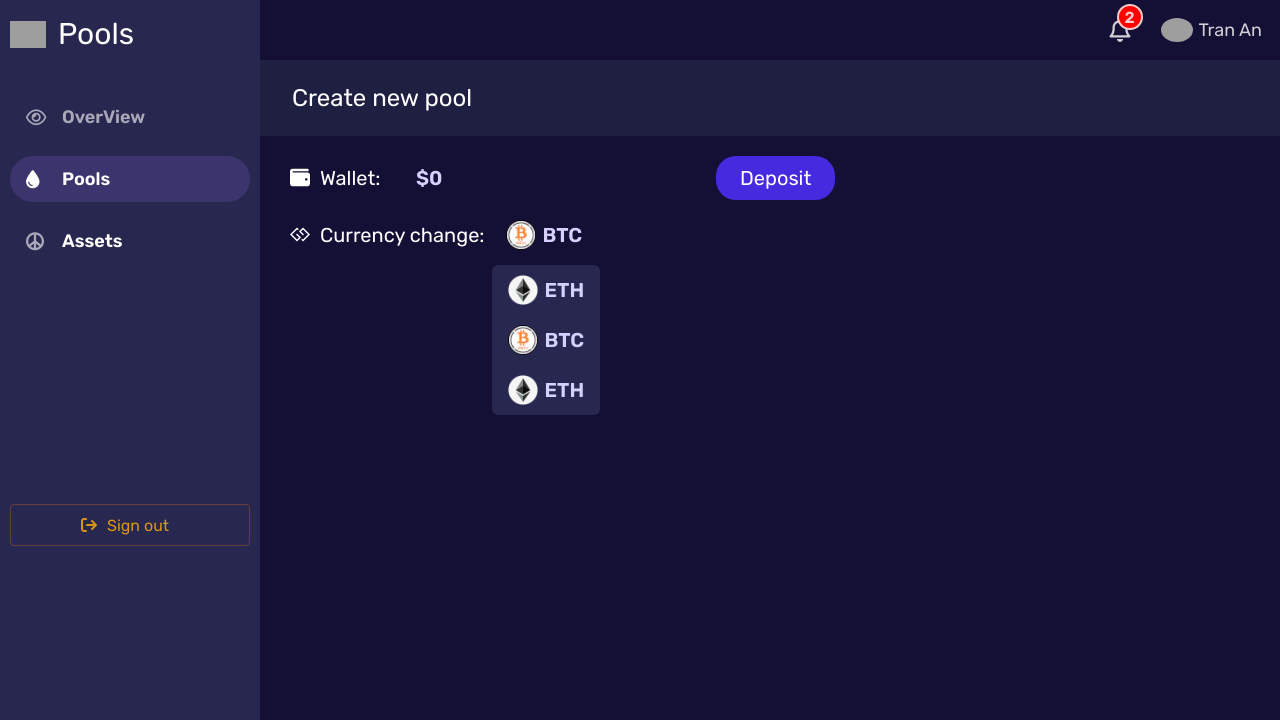
Repository: quynh232000/pools
Page: pool/create-pool.html
The author's editor kept a copy of each file at every save. The page is drawn from the files as they stood at one save, then again after the next save.
The browser window is 1280 px wide. The pictures show the whole page.
Pictures or frames that could not be fetched are drawn as grey boxes.

Above is the page before, as saved 2023-07-14 00:42:00.

### pool/create-pool.html
<!DOCTYPE html>
<html lang="en">
  <head>
    <meta charset="UTF-8" />
    <meta name="viewport" content="width=device-width, initial-scale=1.0" />
    <title>Create Pool</title>

    <link rel="stylesheet" href="../src/css/base.css" />
    <link rel="stylesheet" href="../src/css/style.css" />
    <link rel="stylesheet" href="../src/css/pool.css" />
    <link rel="stylesheet" href="../src/css/create-pool.css" />
    <link
      rel="stylesheet"
      href="https://cdnjs.cloudflare.com/ajax/libs/font-awesome/6.4.0/css/all.min.css"
      integrity="sha512-iecdLmaskl7CVkqkXNQ/ZH/XLlvWZOJyj7Yy7tcenmpD1ypASozpmT/E0iPtmFIB46ZmdtAc9eNBvH0H/ZpiBw=="
      crossorigin="anonymous"
      referrerpolicy="no-referrer"
    />
  </head>
  <body>
    <div class="container">
      <div class="sidebar">
        <div class="sidebar-logo">
          <img src="https://sef-eco.vercel.app/assets/images/logo.png" alt="" />
          <span>Pools</span>
        </div>
        <div class="sidebar-items">
          <div class="sidebar-list">
            <div class="sidebar-item">
              <i class="fa-regular fa-eye"></i>
              <div class="sidebar-item-name">OverView</div>
            </div>
            <div class="sidebar-item sidebar-item-active">
              <i class="fa-solid fa-droplet"></i>
              <a href="/pool.html" class="sidebar-item-name">Pools</a>
            </div>
            <div class="sidebar-item">
              <i class="fa-solid fa-peace"></i>
              <a href="/index.html" class="sidebar-item-name">Assets</a>
            </div>
          </div>

          <div class="sidebar-sign-out">
            <i class="fa-solid fa-arrow-right-from-bracket"></i>
            <div class="sidebar-item-name">Sign out</div>
          </div>
        </div>
      </div>
      <div class="content">
        <div class="header">
          <div class="header-noti">
            <i class="fa-regular fa-bell"></i>
            <div class="header-noti-count">2</div>
          </div>
          <div class="header-user">
            <img
              src="https://static.vecteezy.com/system/resources/previews/002/002/257/original/beautiful-woman-avatar-character-icon-free-vector.jpg"
              alt=""
            />
            <div class="header-user-name">Tran An</div>
          </div>
        </div>
        <!-- body -->
        <div class="content-title">Create new pool</div>
        <div class="create-body">
          <div class="create-item">
            <i class="fa-solid fa-wallet"></i>
            <div class="create-item-title">Wallet:</div>
            <span>$0</span>
            <div class="create-btn">Deposit</div>
          </div>
          <div class="create-item">
            <i class="fa-brands fa-gg"></i>
            <div class="create-item-title">Currency change:</div>
            <div class="create-select-type-money">
              <div class="type-money-item">
                <img src="../src/img/btc.png" alt="" />
                <div class="type-money-name">BTC</div>
              </div>
              <div class="type-money-more">
                <div class="type-money-item">
                  <img src="../src/img/eth.png" alt="" />
                  <div class="type-money-name">ETH</div>
                </div>
                <div class="type-money-item">
                  <img src="../src/img/btc.png" alt="" />
                  <div class="type-money-name">BTC</div>
                </div>
                <div class="type-money-item">
                  <img src="../src/img/eth.png" alt="" />
                  <div class="type-money-name">ETH</div>
                </div>
              </div>
            </div>
          </div>
        </div>
      </div>
    </div>
  </body>
</html>

### src/css/base.css
@import url('https://fonts.googleapis.com/css2?family=Rubik:wght@300;400;500;600;700&display=swap');
 :root{
    --primary-color:#fff;
    --text-color:#fff;
    --text-1-color:rgb(211, 209, 255);
    --bg-color:#140f34;
    --bg-item-color:#282750;

 }
*{
    box-sizing: inherit;
}
html,body{
    box-sizing: border-box;
    margin: 0;
    padding: 0;
    font-family: 'Rubik', sans-serif;
    color: var(--text-color);
}
a{
    color: white;
    text-decoration: none;
}

### src/css/style.css
.container{
    width: 100%;
    min-height: 100vh;
    background-color: var(--bg-color);
    display: flex;
}
.sidebar{
    width: 20%;
    min-width: 260px;
    max-width: 400px;
    display: flex;
    flex-direction: column;
    min-height: 100vh;
    background-color: var(--bg-item-color);
}
.sidebar-logo{
    display: flex;
    width: 100%;
    align-items: center;
    padding: 16px 10px;
}
.sidebar-logo img{
    width: 15%;
}
.sidebar-logo span{
    font-size: 30px;
    color: var(--primary-color);
    margin-left: 12px;

}
.sidebar-items{
    padding: 26px 10px;
    display: flex;
    flex-direction: column;
    justify-content: space-between;
    min-height: 70vh;
}
.sidebar-list{

}
.sidebar-item{
    font-size: 18px;
    display: flex;
    align-items: center;
    padding: 12px 16px;
    border-radius: 40px;
    color: rgb(255 255 255/.6);
    margin-bottom: 16px;
    font-weight: 600;
    transition: color .3s;
}
.sidebar-item:hover{
    cursor: pointer;
    color: rgb(255 255 255/.8);
}
.sidebar-item-active{
    background-color:#3c356d ;
    color: var(--text-color);
}
.sidebar-item i{
    min-width: 36px;
}
.sidebar-sign-out{
    display: flex;
    align-items: center;
    color: rgb(218, 149, 23);
    text-align: center;
    border: 1px solid rgba(202, 98, 12,.4);
    justify-content: center;
    padding-right: 10px;
    border-radius: 4px;
    transition: color border .3s;
}
.sidebar-sign-out:hover{
    cursor: pointer;
    color: rgb(253, 166, 5);
    border: 1px solid rgba(202, 98, 12,.5);
}
.sidebar-sign-out i{
    margin-right: 10px;
    padding: 12px 0;
}

.content{
    width: 85%;
    min-height: 100vh;
    /* background-color: var(--bg-color); */
}
.header{
    display: flex;
    justify-content: flex-end;
    padding: 18px;
    color: rgb(255 255 255/.8);
    align-items: center;
}
.header-user{
    display: flex;
    align-items: center;
    font-size: 18px;

}
.header-user img {
    width: 32px;
    border-radius: 50%;
    margin-right: 6px;
}
.header-noti{
    display: flex;
    margin-right: 30px;
    font-size: 20px;
    position: relative;
    font-size: 24px;
}
.header-noti-count{
    width: 26px;
    height: 26px;
    position: absolute;
    top: -14px;
    left: 7px;
    border: 2px solid  rgb(255 255 255/.8);
    text-align: center;
    border-radius: 50%;
    font-size: 16px;
    display: flex;
    align-items: center;
    justify-content: center;
    background-color: var(--bg-color);
    background-color: red;
    font-weight: 600;

}
.content-title{
    background-color: #1f1f42;
    padding: 24px 32px;
    font-size: 24px;
}
.content-list{
    display: flex;
    flex-direction: column;
    align-items: center;
    padding: 0 40px;
}
.content-list-body{
    width: 100%;
    margin-top: 20px;

}
.content-nav{
    width: 100%;
    display: flex;
    justify-content: space-between;
    padding: 12px 26px;
    margin: 10px 0;
    transition: background-color .2s ;
}
.content-nav:hover{
    background-color: #2d2d44;
}
.nav-left{
    width: 50%;
    display: flex;
    align-items: center;
    justify-content: space-between;
    font-size: 22px;

}
.nav-left-info{
    display: flex;
    align-items: center;
}
.nav-left-info img{
    width: 32px;
    margin-right: 8px;
}
.nav-left-name{
    font-size: 22px;
}
.nav-left-balance{
    display: flex;
    flex-direction: column;
    align-items: center;
    flex: 1;
}
.nav-left-balance span:nth-child(2){
    font-size: 20px;
    color: #a8a8a8;
}


.nav-right{
    width: 40%;
    display: flex;
    justify-content: space-between;
    align-items: center;
    color: #b3b1fd;
}
.nav-right span{
    transition: color .3s;
}
.nav-right span i{
    font-size: 16px !important;
    margin-left: 4px;
}
.nav-right span:hover{
    color:#f8c2b0;
    cursor: pointer;
}
.nav-text{
    color: #b3b1fd;
    font-size: 20px;
}
.nav-right .nav-tex:hover{
    color: #b3b1fd !important;
    cursor: no-drop;
}

### src/css/pool.css
.p-content-body{
    width: 100%;
    display: flex;
    flex-wrap: wrap;
    padding: 20px 10px;
}
.content-item-wrapper{
    width: 33.333%;
    padding: 10px ;
}
.p-content-item{
    border-radius: 6px;
    background-color: var(--bg-item-color);
    padding: 14px;
    transition: background-color .3s ease;
}
.p-content-item:hover{
    background-color: #2e2e60;
}
.p-content-item-top{
    display: flex;
    align-items:flex-start;

}
.p-content-item-img{
    margin-right: 6px;
}
.p-content-item-top-info{
    display: flex;
    flex-direction: column;
}
.p-content-item-top-info span{
    padding-top: 4px;
}
.p-content-item-top-info p{
    margin: 4px 0 10px 0;
    color: #a7a3a3;
}
.p-content-item-bottom{
    display: flex;
}
.p-item-type{
    margin-right: 10px;
    padding: 0 8px;
    text-align: center;
}
.p-item-type:first-child{
    border-right: 1px solid gray;
    padding-right: 16px;
}
.p-item-type span{
    font-size: 14px;
    color: #a7a3a3;
    /* font-weight: 600; */
}
.p-item-type p{
    margin: 0;
}
.add-pool{
    display: flex;
    flex-direction: column;
    align-items: center;
    font-size: 20px;
    min-height: 122px;
    justify-content: center;
}
.add-pool i{
    font-size: 26px;
    margin-bottom: 6px;
}

### src/css/create-pool.css
.create-body{
    width: 100%;
    display: flex;
    flex-direction: column;
    padding: 20px 30px;
}
.create-item{
    display: flex;
    font-size: 20px;
    align-items: center;
    margin-bottom: 20px;
}
.create-item-title{
    margin: 0 16px 0 10px;
    min-width: 80px;

}
.create-item span{
    color: var(--text-1-color);
    min-width: 300px;
    font-weight: 600;
}
.create-btn{
    background-color: rgb(70, 42, 223);
    padding: 10px 24px;
    border-radius: 20px;
    display: flex;
    justify-content: center;
    align-items: center;
    transition: background-color .3s ease;
}
.create-btn:hover{
    background-color: #6a67ea;
    cursor: pointer;
}
.create-select-type-money{
    position: relative;
    margin-left: 6px;
}
.type-money-item{
    display: flex;
    align-items: center;
}
.type-money-item img{
    width: 30px;
    height: 30px;
    object-fit: cover;
    margin-right: 6px;
}
.type-money-name{
    color: var(--text-1-color);
    font-weight: 600;
}
.type-money-more{
    position: absolute;
    background-color: var(--bg-item-color);
    border-radius: 6px;
    top: 150%;
    left: -14px;
}
.type-money-more .type-money-item{
    /* margin: 8px; */
    border-radius: 6px;
    padding: 10px 16px;
    transition: background-color .3s ease;
}
.type-money-more .type-money-item:hover{
    background-color: rgb(162, 158, 240);
    cursor: pointer;
}

After the next save:
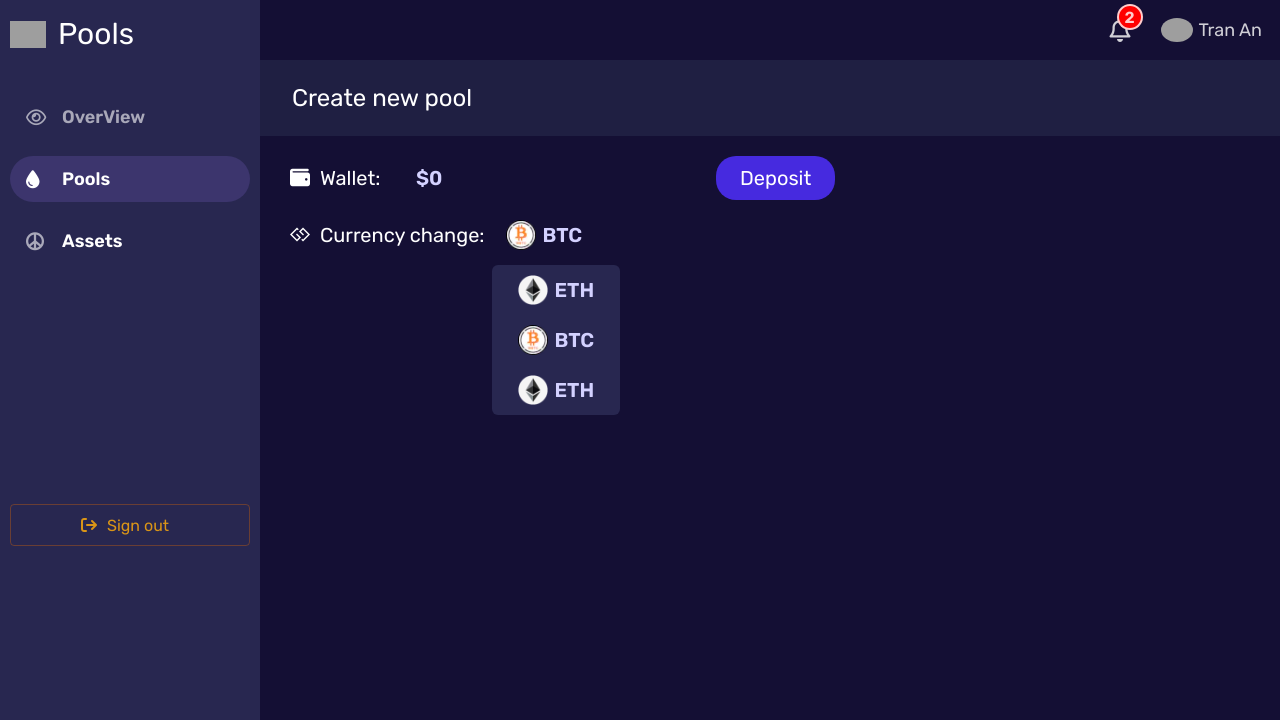
Saved 19 s later.
--- a/src/css/create-pool.css
+++ b/src/css/create-pool.css
@@ -61,7 +61,7 @@
 .type-money-more .type-money-item{
     /* margin: 8px; */
     border-radius: 6px;
-    padding: 10px 16px;
+    padding: 10px 26px;
     transition: background-color .3s ease;
 }
 .type-money-more .type-money-item:hover{
